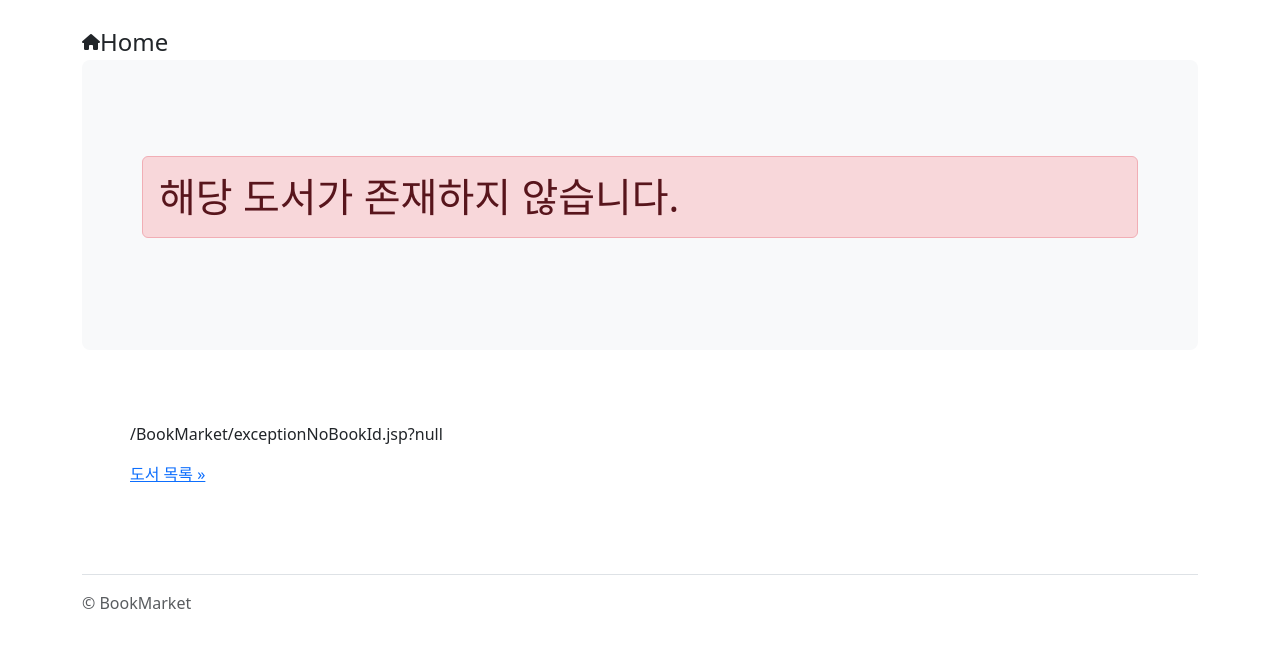
Repository: byeolchorong/ITedunet
Page: http://localhost/BookMarket/book.jsp
The author's editor kept a copy of each file at every save. The page is drawn from the files as they stood at one save, then again after the next save.
The browser window is 1280 px wide. The pictures show the whole page.
Some web libraries are served in a nearby version. The page is served by Tomcat 9. Other server files are loaded and not shown.

Above is the page before, as saved 2025-05-29 07:54:26.

### JSP/BookMarket/src/main/webapp/book.jsp
<%@ page language="java" contentType="text/html; charset=UTF-8"
    pageEncoding="UTF-8"%>
<%@ page import="dto.Book" %>
<%@ page import="dao.BookRepository" %>
<%@ page errorPage = "exceptionNoBookId.jsp" %>
<%System.out.println("입장"); %>
<!DOCTYPE html>
<html>
<head>
<script src="https://kit.fontawesome.com/705381df09.js" crossorigin="anonymous"></script>
<link href="https://cdn.jsdelivr.net/npm/bootstrap@5.3.6/dist/css/bootstrap.min.css" rel="stylesheet">
<link href="./resources/css/bootstrap.min.css"/>
<meta charset="UTF-8">
<title>도서 상세 정보</title>
</head>
<body>
<div class="container py-4">
	<%@ include file="menu.jsp" %>

	<div class="p-5 mb-4 bg-body-tertiary rounded-3">
		<div class="container-fluid py-5">
			<h1 class="display-5 fw-bold">도서정보</h1>
			<p class="col-md-8 fs-4">BookInfo</p>
		</div>
	</div>

	<%
		String id = request.getParameter("id");
		BookRepository dao = BookRepository.getInstance();
		Book book = dao.getBookById(id);
	%>

	<div class="row align-items-md-stretch">
		<div class="col-md-5">
			<img src="./resources/images/<%= book.getFileName()%>" style="width : 70%" />
		</div>
		<div class="col-md-6">
			<h3><b><%=book.getName() %></b></h3>
			<p> <%=book.getDescription() %>
			<p> <b> 도서코드 : </b><span class="badge text-bg-danger">
			<%=book.getBookId() %></span>
			<p> <b>저자</b> : <%=book.getAuthor() %>
			<p> <b>출판사</b> : <%=book.getPublisher() %>
			<p> <b>출판일</b> : <%=book.getReleaseDate() %>
			<p> <b>분류</b> : <%=book.getCategory() %>
			<p> <b>재고수</b> : <%=book.getUnitsInStock() %>
			<h4><%=book.getUnitPrice() %>원</h4>
			<p> <a href="#" class="btn btn-info">도서주문 &raquo;</a>
			<a href="books.jsp" class="btn btn-secondary">도서 목록 &raquo;</a>
		</div>
	</div>
	<jsp:include page="footer.jsp" />
</div>
</body>
</html>

### JSP/BookMarket/src/main/webapp/menu.jsp
<%@ page language="java" contentType="text/html; charset=UTF-8"
    pageEncoding="UTF-8"%>
<link href="https://cdn.jsdelivr.net/npm/bootstrap@5.3.6/dist/css/bootstrap.min.css" rel="stylesheet">
<script src="https://kit.fontawesome.com/705381df09.js" crossorigin="anonymous"></script>

	<header>
		<a href="./welcome.jsp" class="d-flex align-items-center text-dark text-decoration-none">
			<i class="fa-solid fa-house"></i>
			<span class="fs-4">Home</span>
		</a>
	</header>

### JSP/BookMarket/src/main/webapp/exceptionNoBookId.jsp
<%@ page language="java" contentType="text/html; charset=UTF-8"
    pageEncoding="UTF-8"%>
<!DOCTYPE html>
<html>
<head>
<script src="https://kit.fontawesome.com/705381df09.js" crossorigin="anonymous"></script>
<link href="https://cdn.jsdelivr.net/npm/bootstrap@5.3.6/dist/css/bootstrap.min.css" rel="stylesheet">
<link href="./resources/css/bootstrap.min.css"/>
<meta charset="UTF-8">
<title>Insert title here</title>
</head>
<body>
<div class="container py-4">
	<%@include file="menu.jsp" %>

	<div class="p-5 mb-4 bg-body-tertiary rounded-3">
		<div class="container-fluid py-5">
			<h1 class="alert alert-danger">해당 도서가 존재하지 않습니다.</h1>
		</div>
	</div>

	<div class="row align-items-md-stretch">
		<div class="col-md-12">
			<div class="h-100 p-5">
				<p> <%= request.getRequestURI() %>?<%= request.getQueryString() %>
				<p> <a href="books.jsp">도서 목록 &raquo;</a>
			</div>
		</div>
	</div>

	<%@ include file="footer.jsp" %>
</div>
</body>
</html>

### JSP/BookMarket/src/main/webapp/footer.jsp
<%@ page language="java" contentType="text/html; charset=UTF-8"
    pageEncoding="UTF-8"%>

	<footer class="pt-3 mt-4 text-body-secondary border-top">
		&copy; BookMarket
	</footer>

### JSP/BookMarket/src/main/java/dao/BookRepository.java
package dao;

import java.util.ArrayList;
import dto.Book;

// Book 클래스가 돈이면 돈을 주고 받고
public class BookRepository {
	//                                            ex) 빵<치즈>
	// 변수 : 전역변수, 참조변수 <북>                arrayList안에<Book>
	private ArrayList<Book> listOfBooks = new ArrayList<Book>();
	private static BookRepository instance = new BookRepository();

	public static BookRepository getInstance() {
	    return instance;
	}

	// 함수 : 생성자(클래스 이름과 같다) : 객체 생성시 전역변수 초기화
	public BookRepository() {
		Book book1 = new Book("ISBN1234","C# 프로그래밍",27000);
		book1.setAuthor("우재님");
		book1.setDescription("C#을 처음 접하는 독자를 대상으로 일대일 수업처럼 자세히 설명한 책이다. 꼭 알아야 할 핵심 개념은 기본 예제로 최대한 쉽게 설명했으며, 중요한 내용은 응용 예제, 퀴즈, 셀프 스터디, 예제 모음으로 한번 더 복습할 수 있다.");
		book1.setPublisher("한빛아카데미");
		book1.setCategory("IT모바일");
		book1.setUnitsInStock(1000);
		book1.setReleaseDate("2022/10/06");
		book1.setFileName("ISBN1234.jpg");

		Book book2 = new Book("ISBN1235","자바마스터",30000);
		book2.setAuthor("송미영");
		book2.setDescription("자바를 처음 배우는 학생을 위해 자바의 기본 개념과 실습 에제를 그림을 이용하여 쉽게 설명합니다. 자바의 이론적 개념→기본 예제→프로젝트 순으로 단계별 학습이 가능하며, 각 챕터의 프로젝트를 실습하면서 온라인 서점을 완성할 수 있도록 구성하였습니다.");
		book2.setPublisher("한빛아카데미");
		book2.setCategory("IT모바일");
		book2.setUnitsInStock(1000);
		book2.setReleaseDate("2023/10/06");
		book2.setFileName("ISBN1235.jpg");

		Book book3 = new Book("ISBN1236","파이썬 프로그래밍",30000);
		book3.setAuthor("최성철");
		book3.setDescription("파이썬으로 프로그래밍을 시작하는 입문자가 쉽게 이해할 수 있도록 기본 개념을 상세하게 설명하며, 다양한 예제를 제시합니다. 또한 프로그래밍의 기초 원리를 이해하면서 파이썬으로 데이터를 처리하는 기법도 배웁니다.");
		book3.setPublisher("한빛아카데미");
		book3.setCategory("IT모바일");
		book3.setUnitsInStock(1000);
		book3.setReleaseDate("2024/10/06");
		book3.setFileName("ISBN1236.jpg");

		listOfBooks.add(book1);
		listOfBooks.add(book2);
		listOfBooks.add(book3);

	}

	// 함수 : 참조변수를 리턴              뱓는게 없음
	public ArrayList<Book> getAllBooks() {
		return listOfBooks;
	}

	// 함수 : 참조변수를 리턴              문자열하나줘
	public Book getBookById(String bookId) {

		Book bookById = null;

		for (int i=0; i<listOfBooks.size(); i++) {
			Book book = listOfBooks.get(i);
			if (book != null && book.getBookId()!=null && book.getBookId().equals(bookId)) {
				bookById=book;
				break;
			}
		}
		return bookById;
	}

	public void addBook(Book book) {
		listOfBooks.add(book);
	}

}

### JSP/BookMarket/src/main/java/dto/Book.java
package dto;

public class Book {
	private String bookId;
	private String name;
	private int unitPrice;
	private String author;
	private String description;
	private String publisher;
	private String category;
	private long unitsInStock;
	private String releaseDate;
	private String condition;
	private String fileName;

	public Book() {
		super();
	}

	public Book(String bookId, String name, Integer unitPrice) {
		this.bookId=bookId;
		this.name=name;
		this.unitPrice=unitPrice;
	}

	public String getBookId() {
		return bookId;
	}

	public void setBookId(String bookId) {
		this.bookId = bookId;
	}

	public String getName() {
		return name;
	}

	public void setName(String name) {
		this.name = name;
	}

	public int getUnitPrice() {
		return unitPrice;
	}

	public void setUnitPrice(int unitPrice) {
		this.unitPrice = unitPrice;
	}

	public String getAuthor() {
		return author;
	}

	public void setAuthor(String author) {
		this.author = author;
	}

	public String getDescription() {
		return description;
	}

	public void setDescription(String description) {
		this.description = description;
	}

	public String getPublisher() {
		return publisher;
	}

	public void setPublisher(String publisher) {
		this.publisher = publisher;
	}

	public String getCategory() {
		return category;
	}

	public void setCategory(String category) {
		this.category = category;
	}

	public long getUnitsInStock() {
		return unitsInStock;
	}

	public void setUnitsInStock(long unitsInStock) {
		this.unitsInStock = unitsInStock;
	}

	public String getReleaseDate() {
		return releaseDate;
	}

	public void setReleaseDate(String releaseDate) {
		this.releaseDate = releaseDate;
	}

	public String getCondition() {
		return condition;
	}

	public void setCondition(String condition) {
		this.condition = condition;
	}


	public String getFileName() {
		return fileName;
	}

	public void setFileName(String fileName) {
		this.fileName = fileName;
	}

	@Override
	public String toString() {
		return "Book [bookId=" + bookId + ", name=" + name + ", unitPrice=" + unitPrice + ", author=" + author
				+ ", description=" + description + ", publisher=" + publisher + ", category=" + category
				+ ", unitsInStock=" + unitsInStock + ", releaseDate=" + releaseDate + ", condition=" + condition
				+ ", fileName=" + fileName + "]";
	}




}

After the next save:
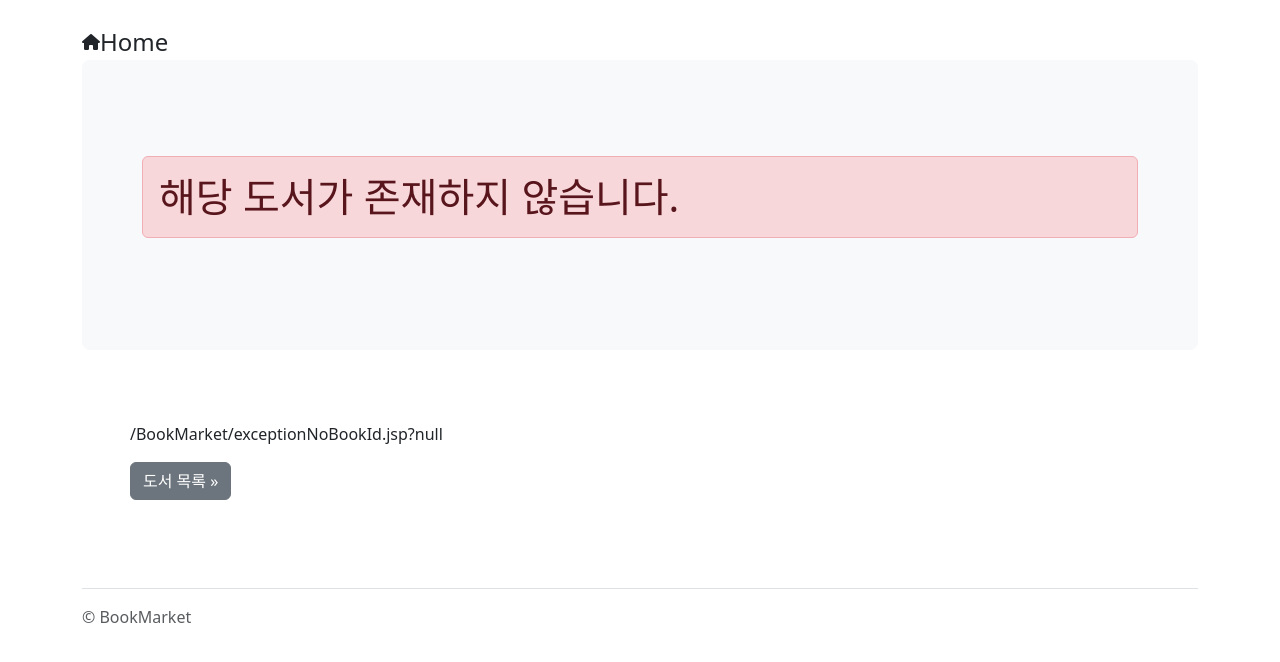
Saved 6 min 25 s later.
--- a/JSP/BookMarket/src/main/webapp/exceptionNoBookId.jsp
+++ b/JSP/BookMarket/src/main/webapp/exceptionNoBookId.jsp
@@ -23,7 +23,7 @@
 		<div class="col-md-12">
 			<div class="h-100 p-5">
 				<p> <%= request.getRequestURI() %>?<%= request.getQueryString() %>
-				<p> <a href="books.jsp">도서 목록 &raquo;</a>
+				<p> <a href="books.jsp" class="btn btn-secondary">도서 목록 &raquo;</a>
 			</div>
 		</div>
 	</div>
